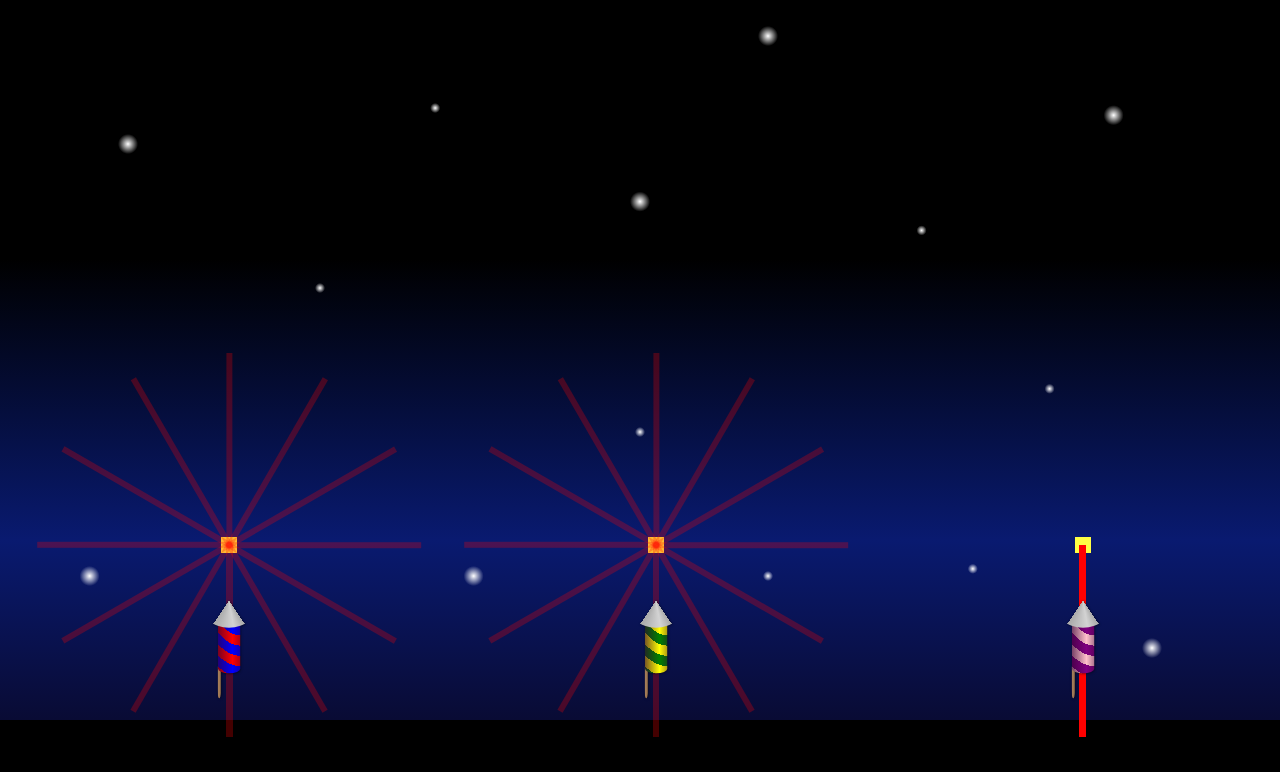
Repository: juliandecloe/CSS-To-The-Rescue---Julian-de-Cloe
Page: index.html
The author's editor kept a copy of each file at every save. The page is drawn from the files as they stood at one save, then again after the next save.
The browser window is 1280 px wide. The pictures show the whole page.

Above is the page before, as saved 2022-03-10 15:32:52.

### index.html
<!DOCTYPE html>
<html lang="en">
	<head>
		<meta charset="UTF-8">
		<meta name="viewport" content="width=device-width, initial-scale=1.0">
		<title>The Anticlimax Fireworkshow!</title>
		<link rel="stylesheet" href="style.css">
	</head>
	<body>
		<input id="left" type="checkbox">
		<input id="middle" type="checkbox">
		<input id="right" type="checkbox">
		<main>
			<section>
				<label for="left">
					<figure></figure>
					<figure></figure>
					<figure></figure>
				</label>
				<ul>
					<li>
						<ul>
							<li></li>
							<li></li>
							<li></li>
							<li></li>
							<li></li>
						</ul>
					</li>
					<li>
						<ul>
							<li></li>
							<li></li>
							<li></li>
							<li></li>
							<li></li>
						</ul>
					</li>
					<li>
						<ul>
							<li></li>
							<li></li>
							<li></li>
							<li></li>
							<li></li>
						</ul>
					</li>
					<li>
						<ul>
							<li></li>
							<li></li>
							<li></li>
							<li></li>
							<li></li>
						</ul>
					</li>
					<li>
						<ul>
							<li></li>
							<li></li>
							<li></li>
							<li></li>
							<li></li>
						</ul>
					</li>
					<li>
						<ul>
							<li></li>
							<li></li>
							<li></li>
							<li></li>
							<li></li>
						</ul>
					</li>
					<li>
						<ul>
							<li></li>
							<li></li>
							<li></li>
							<li></li>
							<li></li>
						</ul>
					</li>
					<li>
						<ul>
							<li></li>
							<li></li>
							<li></li>
							<li></li>
							<li></li>
						</ul>
					</li>
					<li>
						<ul>
							<li></li>
							<li></li>
							<li></li>
							<li></li>
							<li></li>
						</ul>
					</li>
					<li>
						<ul>
							<li></li>
							<li></li>
							<li></li>
							<li></li>
							<li></li>
						</ul>
					</li>
					<li>
						<ul>
							<li></li>
							<li></li>
							<li></li>
							<li></li>
							<li></li>
						</ul>
					</li>
					<li>
						<ul>
							<li></li>
							<li></li>
							<li></li>
							<li></li>
							<li></li>
						</ul>
					</li>
				</ul>
			</section>
			<section>
				<label for="middle">
					<figure></figure>
					<figure></figure>
					<figure></figure>
				</label>
				<ul>
					<li>
						<ul>
							<li></li>
							<li></li>
							<li></li>
							<li></li>
							<li></li>
						</ul>
					</li>
					<li>
						<ul>
							<li></li>
							<li></li>
							<li></li>
							<li></li>
							<li></li>
						</ul>
					</li>
					<li>
						<ul>
							<li></li>
							<li></li>
							<li></li>
							<li></li>
							<li></li>
						</ul>
					</li>
					<li>
						<ul>
							<li></li>
							<li></li>
							<li></li>
							<li></li>
							<li></li>
						</ul>
					</li>
					<li>
						<ul>
							<li></li>
							<li></li>
							<li></li>
							<li></li>
							<li></li>
						</ul>
					</li>
					<li>
						<ul>
							<li></li>
							<li></li>
							<li></li>
							<li></li>
							<li></li>
						</ul>
					</li>
					<li>
						<ul>
							<li></li>
							<li></li>
							<li></li>
							<li></li>
							<li></li>
						</ul>
					</li>
					<li>
						<ul>
							<li></li>
							<li></li>
							<li></li>
							<li></li>
							<li></li>
						</ul>
					</li>
					<li>
						<ul>
							<li></li>
							<li></li>
							<li></li>
							<li></li>
							<li></li>
						</ul>
					</li>
					<li>
						<ul>
							<li></li>
							<li></li>
							<li></li>
							<li></li>
							<li></li>
						</ul>
					</li>
					<li>
						<ul>
							<li></li>
							<li></li>
							<li></li>
							<li></li>
							<li></li>
						</ul>
					</li>
					<li>
						<ul>
							<li></li>
							<li></li>
							<li></li>
							<li></li>
							<li></li>
						</ul>
					</li>
				</ul>
			</section>
			<section>
				<label for="right">
					<figure></figure>
					<figure></figure>
					<figure></figure>
				</label>
				<ul>
					<li></li>
					<li></li>
					<li></li>
					<li></li>
					<li></li>
					<li></li>
					<li></li>
					<li></li>
					<li></li>
					<li></li>
					<li></li>
					<li></li>
					<li></li>
					<li></li>
					<li></li>
					<li></li>
					<li></li>
					<li></li>
				</ul>
			</section>
		</main>
	</body>
</html>

### style.css
/*========== GENERAL ==========*/

:root * {
	--hoekVar: calc(360deg / 12);
	--rotate: rotate(calc( var(--hoekVar) * var(--index) ));
	--hoekVar2: calc(360deg / 5);
	--rotate2: rotate(calc( var(--hoekVar2) * var(--index2) ));
	--hoekVar3: calc(360deg / 18);
	--rotate3: rotate(calc( var(--hoekVar2) * var(--index2) ));
	--star1: 5px;
	--star2: 3px;
}

@property --star1 {
	syntax: '<length>';
	inherits: false;
	initial-value: 0px;
}

@property --star2 {
	syntax: '<length>';
	inherits: false;
	initial-value: 0px;
}

* {
	padding: 0;
	margin: 0;
}

body, html {
	overflow: hidden;
}

html {
	background: linear-gradient(0deg, rgba(9,11,52,1) 0%, rgba(9,26,112,1) 25%, rgba(0,0,0,1) 64%, rgba(0,0,0,1) 100%);
}

@keyframes stars {
	0% {
		--star1: 5px;
	}
	100% {
		--star1: 10px;
	}
}

@keyframes stars2 {
	0% {
		--star2: 3px;
	}
	100% {
		--star2: 6px;
	}
}

body {
	background-position: center;
	background-image:
	radial-gradient(
		circle at
			10%
			20%,
		white,
		transparent var(--star1)
	),
	radial-gradient(
		circle at
			34%
			15%,
		white,
		transparent var(--star2)
	),
	radial-gradient(
		circle at
			50%
			60%,
		white,
		transparent var(--star2)
	),
	radial-gradient(
		circle at
			60%
			80%,
		white,
		transparent var(--star2)
	),
	radial-gradient(
		circle at
			25%
			40%,
		white,
		transparent var(--star2)
	),
	radial-gradient(
		circle at
			7%
			80%,
		white,
		transparent var(--star1)
	),
	radial-gradient(
		circle at
			87%
			16%,
		white,
		transparent var(--star1)
	),
	radial-gradient(
		circle at
			76%
			79%,
		white,
		transparent var(--star2)
	),
	radial-gradient(
		circle at
			90%
			90%,
		white,
		transparent var(--star1)
	),
	radial-gradient(
		circle at
			60%
			5%,
		white,
		transparent var(--star1)
	),
	radial-gradient(
		circle at
			72%
			32%,
		white,
		transparent var(--star2)
	),
	radial-gradient(
		circle at
			50%
			28%,
		white,
		transparent var(--star1)
	),
	radial-gradient(
		circle at
			37%
			80%,
		white,
		transparent var(--star1)
	),
	radial-gradient(
		circle at
			82%
			54%,
		white,
		transparent var(--star2)
	);
	animation:
	stars 1s linear alternate infinite,
	stars2 1.5s linear alternate infinite;
}

@media (prefers-reduced-motion) {
	body {
		animation-name: dissolve;
	}
}

main {
	display: flex;
	justify-content: center;
	align-items: end;
	width: 100vw;
	height: 100vh;
	padding-left: 1rem;
}

@media (max-width: 630px) {
	main {
		transform: scale(.5) translateY(50vh);
	}
}

section {
	display: grid;
	place-items: center;
	transition: 1s ease-out;
	width: 50vw;
}

@media (max-width: 630px) {
	section {
		width: 80vw;
	}
}

input {
	display: none;
}


/*========== FIRE ROCKET ==========*/

/*===== GENERAL =====*/

label {
	transform: scale(.3) translateY(50vh);
	z-index: 5;
	height: 350px;
	width: 120px;
	filter: drop-shadow(2px 2px 4px rgb(0,0,0,0.5));
	transition: 1s;
	cursor: pointer;
	animation: 1s
}

@media (max-width: 630px) {
	label {
		transform: scale(.5);
	}
}

section label > figure:first-child {
	border-radius: 50%;
	position: absolute;
	left: calc(50% - 55px);
	width: 110px;
	height: 130px;
	z-index: 3;
	clip-path: ellipse(90% 70% at center top);
	background-image:
		conic-gradient(
		at center top,
		transparent 146deg,
		darkgray 146deg,
		lightgray 170deg,
		darkgray 214deg,
		transparent 214deg
	);
}

section label figure:nth-child(2) {
	position: absolute;
	top: 83px;
	left: calc(50% - 37.5px);
	width: 75px;
	height: 160px;
	z-index: 2;
	background-size: 100% 100%, 600% 600%;
	background-position:left top, 40% -30%;
	border-radius: 0 0 50% 50% / 0 0 1em 1em;
}

section label > figure:nth-child(3) {
	position: absolute;
	background: #BA8C63;
	top: 220px;
	left: calc(50% - 37.5px);
	width: 10px;
	height: 110px;
	z-index: 1;
	box-shadow: inset -2px 0 8px rgb(0,0,0,0.5);
	clip-path: ellipse(10px 95px at 50% 10%);
}


/*===== COLOR ARROWS =====*/

section:first-child label figure:nth-child(2) {
	background-image:
		linear-gradient(
			to right,
			#303a 0%,
			transparent 65%,
			#3036 100%
		),
		repeating-radial-gradient(
			red 0 1em,
			blue 1em 2em
	);
}

section:nth-child(2) label figure:nth-child(2) {
	background-image:
		linear-gradient(
			to right,
			#303a 0%,
			transparent 65%,
			#3036 100%
		),
		repeating-radial-gradient(
			green 0 1em,
			yellow 1em 2em
		);
}

section:last-child label figure:nth-child(2) {
	background-image:
		linear-gradient(
			to right,
			#303a 0%,
			transparent 65%,
			#3036 100%
		),
		repeating-radial-gradient(
			pink 0 1em,
			purple 1em 2em
		);
}


/*========== FIRE WORK ==========*/

/*===== LAYER 1 =====*/

section > ul {
	list-style-type: none;
	position: absolute;
	width: 1rem;
	height: 1rem;
	display: grid;
	place-items: center;
	background-color: #ff4;
}

section > ul > li {
	position: absolute;
	top: 50%;
	width: 40%;
	height: 1200%;
	transform-origin: center top;
	transform: var(--rotate);
	transition: .3s ease-out;
	transition-delay: 1s;
	display: flex;
	background-color: #f004;
}

section:last-child li {
	position: absolute;
	top: 50%;
	width: 40%;
	height: 1200%;
	transform-origin: center top;
	transform: var(--rotate3);
	transition: .3s ease-out;
	transition-delay: 1s;
	display: flex;
	background-color: #f004;
}

section > ul > li::after {
	content: "";
	display: block;
	width: 100%;
	height: 50%;
	transition: .2s ease-out;
	transform-origin: center top;
	transform: scaleY(0);
	position: absolute;
}

/* Color */

section:first-child > ul > li::after {
	background-color: blue;
}

section:nth-child(2) > ul > li::after {
	background-color: green;
}

section:last-child > ul li::after {
	background-color: pink;
}


/*===== LAYER 2 =====*/

section > ul > li ul {
	list-style-type: none;
	position: relative;
	width: .5em;
	aspect-ratio: 1/1;
	align-self: end;
	display: grid;
	place-items: center;
	/* background-color: #f088; */
}

section:first-child > ul > li li {
	position: absolute;
	top: 50%;
	width: 25%;
	aspect-ratio: 1/8;
	background-color: #f00;
	transform-origin: center top;
	transform: var(--rotate2) scaleY(0);
	transition: .3s ease-out;
	transition-delay: 1.8s;
}

section:nth-child(2) > ul > li li {
	position: absolute;
	width: 30%;
	height: 1200%;
	background-color: yellow;
	transform-origin: center;
	transform: var(--rotate2) scaleY(1);
	transition: .5s ease-out;
	transition-delay: 1.5s;
	visibility: hidden;
}


/*========== INTERACTION ==========*/

/*===== GENERAL =====*/

section > ul > li:nth-of-type(1) { --index:1; }
section > ul > li:nth-of-type(2) { --index:2; }
section > ul > li:nth-of-type(3) { --index:3; }
section > ul > li:nth-of-type(4) { --index:4; }
section > ul > li:nth-of-type(5) { --index:5; }
section > ul > li:nth-of-type(6) { --index:6; }
section > ul > li:nth-of-type(7) { --index:7; }
section > ul > li:nth-of-type(8) { --index:8; }
section > ul > li:nth-of-type(9) { --index:9; }
section > ul > li:nth-of-type(10) { --index:10; }
section > ul > li:nth-of-type(11) { --index:11; }
section > ul > li:nth-of-type(12) { --index:12; }

ul > li li:nth-of-type(1) { --index2:1; }
ul > li li:nth-of-type(2) { --index2:2; }
ul > li li:nth-of-type(3) { --index2:3; }
ul > li li:nth-of-type(4) { --index2:4; }
ul > li li:nth-of-type(5) { --index2:5; }

/* Rocket */

input:first-child[type="checkbox"]:checked ~ main section:first-child, input:nth-child(2)[type="checkbox"]:checked ~ main section:nth-child(2) {
	transform: translateY(-50vh);
	background: none;
}

@media (max-width: 630px) {
	input:first-child[type="checkbox"]:checked ~ main section:first-child, input:nth-child(2)[type="checkbox"]:checked ~ main section:nth-child(2) {
		transform: translateY(-90vh);
	}
}

input:first-child[type="checkbox"]:checked ~ main section:first-child label, input:nth-child(2)[type="checkbox"]:checked ~ main section:nth-child(2) label {
	transform: scale(.5, .3);
	animation: explode 1s 1s ease-in forwards;
}

/* Explode 1 */

input:first-child[type="checkbox"]:checked ~ main section:first-child > ul > li, input:nth-child(2)[type="checkbox"]:checked ~ main section:nth-child(2) > ul > li {
	transform: var(--rotate) translateY(2em);
}

input:first-child[type="checkbox"]:checked ~ main section:first-child > ul > li::after, input:nth-child(2)[type="checkbox"]:checked ~ main section:nth-child(2) > ul > li::after {
	animation: after .3s 1s ease-out forwards;
}

input:last-child[type="checkbox"]:checked ~ main section:nth-child(2) > ul > li {
	animation: third
}


/*===== ARROW 1 =====*/

input:first-child[type="checkbox"]:checked ~ main section:first-child > ul > li li {
	animation: lili .3s 1.5s ease-out forwards;
}


/*===== ARROW 2 =====*/

input:nth-child(2)[type="checkbox"]:checked ~ main section:nth-child(2) > ul > li li {
	visibility: visible;
	transform: var(--turn) scaleY(6) translateY(2em);
	opacity: 0;
}

/*========== ANIMATIONS ==========*/

@keyframes explode {
	0% {
		visibility: hidden;
	}
	99% {
		visibility: hidden;
	}
	100% {
		transform: translateY(65vh) scale(.3);
		visibility: visible;
	}
}

@keyframes after {
	0% {
		transform: scaleY(0);
	}
	33% {
		transform: scaleY(1) ;
	}
	67% {
		transform: translateY(100%) scaleY(1) ;
	}
	99% {
		transform: translateY(200%) scaleY(0) ;
	}
	100% {
		transform: translateY(0) scaleY(0) ;
	}
}

@keyframes lili {
	0% {
		transform: var(--rotate2) translateY(0) scaleY(0);
	}
	50% {
		transform: var(--rotate2) translateY(0) scaleY(3);
	}
	99% {
		transform: var(--rotate2) translateY(400%) scaleY(0);
	}
	100% {
		transform: var(--rotate2) translateY(0) scaleY(0);
	}
}

After the next save:
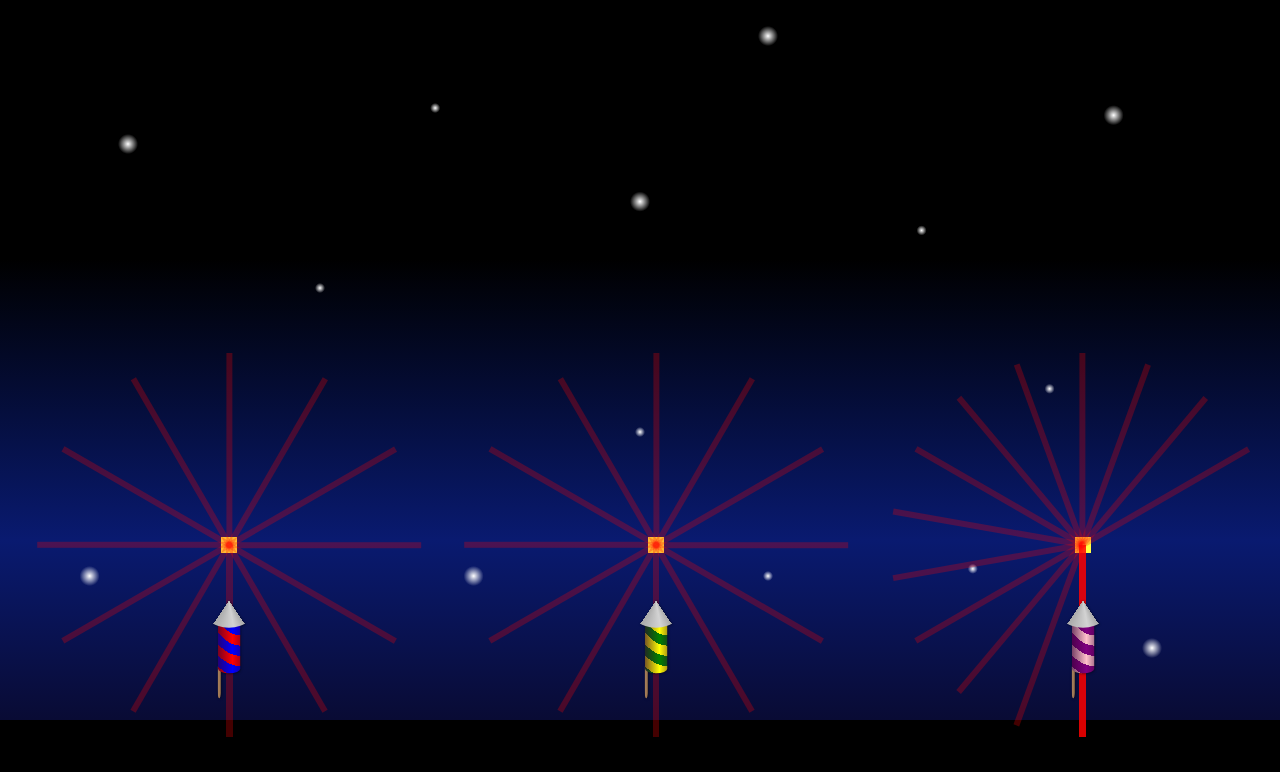
Saved 21 s later.
--- a/style.css
+++ b/style.css
@@ -6,7 +6,7 @@
 	--hoekVar2: calc(360deg / 5);
 	--rotate2: rotate(calc( var(--hoekVar2) * var(--index2) ));
 	--hoekVar3: calc(360deg / 18);
-	--rotate3: rotate(calc( var(--hoekVar2) * var(--index2) ));
+	--rotate3: rotate(calc( var(--hoekVar3) * var(--index) ));
 	--star1: 5px;
 	--star2: 3px;
 }

After the save that followed:
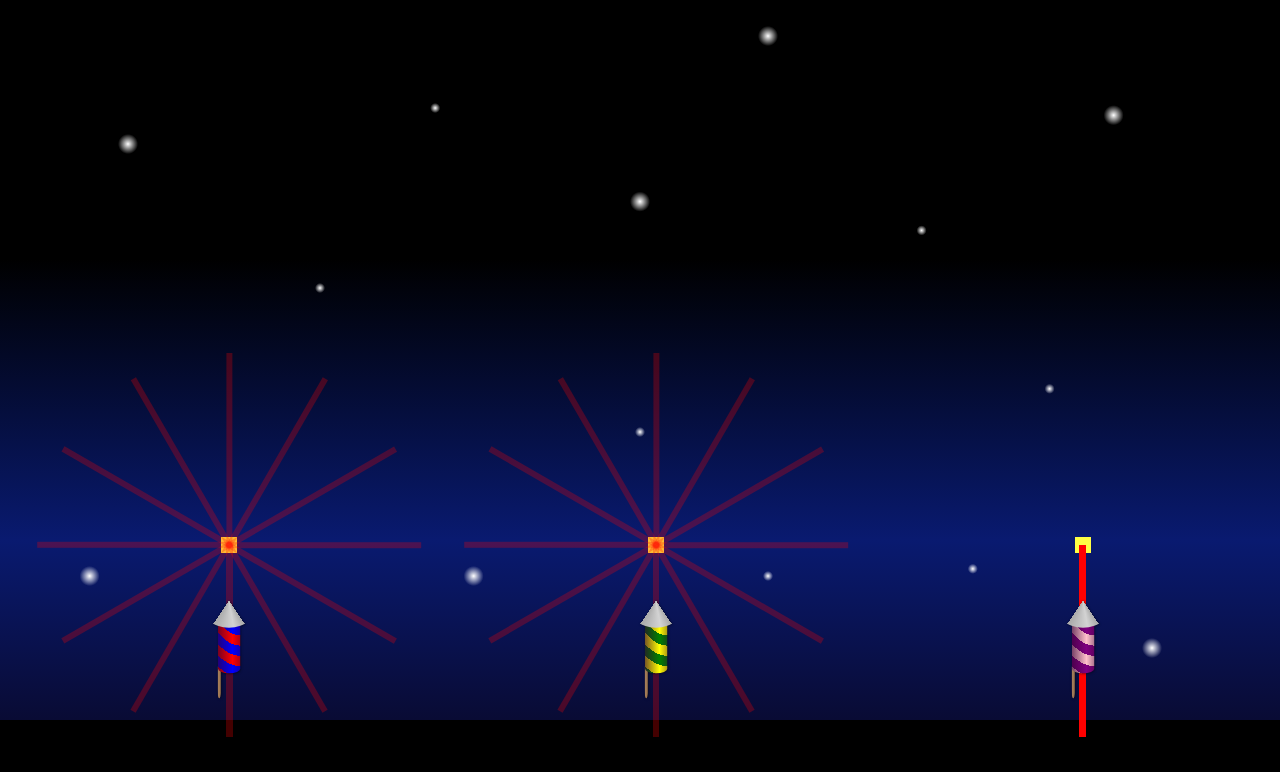
Saved 34 s later.
--- a/style.css
+++ b/style.css
@@ -6,7 +6,7 @@
 	--hoekVar2: calc(360deg / 5);
 	--rotate2: rotate(calc( var(--hoekVar2) * var(--index2) ));
 	--hoekVar3: calc(360deg / 18);
-	--rotate3: rotate(calc( var(--hoekVar3) * var(--index) ));
+	--rotate3: rotate(calc( var(--hoekVar3) * var(--index3) ));
 	--star1: 5px;
 	--star2: 3px;
 }
